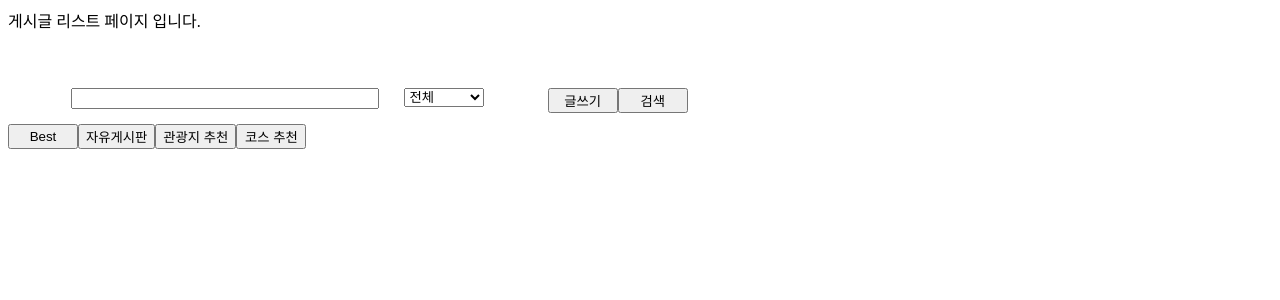
Repository: HJCroCat/project4
Page: http://localhost/koravle/boardMain.jsp
The author's editor kept a copy of each file at every save. The page is drawn from the files as they stood at one save, then again after the next save.
The browser window is 1280 px wide. The pictures show the whole page.
The page is served by Tomcat 9. Nobody is signed in. The application's start-up code is not run. Other server files are loaded and not shown.

Above is the page before, as saved 2021-12-10 09:36:50.

### koravle/koravle/src/main/webapp/boardMain.jsp
<%@ page language="java" contentType="text/html; charset=UTF-8"
    pageEncoding="UTF-8"%>
<!DOCTYPE html>
<html>
<head>
<meta charset="UTF-8">
<title>Insert title here</title>

<link href="resources/style/stylecss.css" rel="stylesheet">
<script type="text/javascript" src="resources/js/jquery-1.7.1.js"></script>

</head>
<body>
	<div class="boardHeader">
		게시글 리스트 페이지 입니다.
	</div>
		<div>
			<input type="text" name="searchWord" id="searchWord">
			<select name="selectSearch" id="selectSearch">
				<option value="1" selected>전체</option>
				<option value="boardName">글제목</option>
				<option value="regionName">관광지</option>
				<option value="boardWriter">작성자</option>
			</select>
			<button href="boardWrite.do" class="btn" >글쓰기</button>
			<button href="boardList.do" class="btn" >검색</button>
		</div>
		<div>
			<br/>
			<br/>
			<button class="btn" href="boardList.do" name="boardBest">Best</button>
			<button class="btn" href="boardList.do" name="boardFree">자유게시판</button>
			<button class="btn" href="boardList.do" name="boardRegion">관광지 추천</button>
			<button class="btn" href="boardList.do" name="boardCourse">코스 추천</button>
		</div>





	<div class="footer">

	</div>

<script src="resources//js/jquery.min.js"></script>
<script src="resources/js/scripts.js"></script>

</body>
</html>

### koravle/koravle/src/main/webapp/resources/style/stylecss.css
.boardHeader{
	height:80px;
}

.btn{
	float: left;
	max-width:100px;
	min-width:70px;
	height: 25px;
}

#searchWord{
	float: left;
	width: 35%;
	margin-left:5%;
	margin-right:2%;
	max-width:300px;
}

#selectSearch{
	float: left;
	width: 10%;
	margin-right:5%;
	max-width:80px;
}

Loaded but not shown: koravle/koravle/src/main/webapp/resources/js/jquery-1.7.1.js (library); koravle/koravle/src/main/webapp/resources/js/jquery.min.js (library)

After the next save:
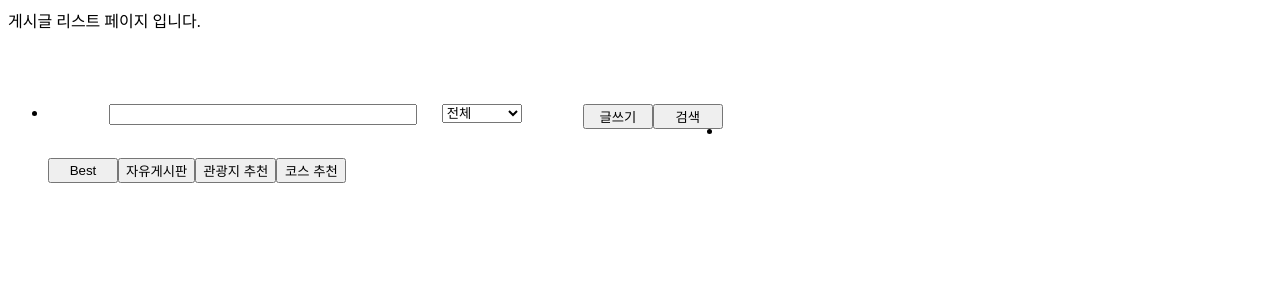
Saved 16 min 42 s later.
--- a/koravle/koravle/src/main/webapp/boardMain.jsp
+++ b/koravle/koravle/src/main/webapp/boardMain.jsp
@@ -14,25 +14,27 @@
 	<div class="boardHeader">
 		게시글 리스트 페이지 입니다.
 	</div>
-		<div>
-			<input type="text" name="searchWord" id="searchWord">
-			<select name="selectSearch" id="selectSearch">
-				<option value="1" selected>전체</option>
-				<option value="boardName">글제목</option>
-				<option value="regionName">관광지</option>
-				<option value="boardWriter">작성자</option>
-			</select>
-			<button href="boardWrite.do" class="btn" >글쓰기</button>
-			<button href="boardList.do" class="btn" >검색</button>
-		</div>
-		<div>
-			<br/>
-			<br/>
-			<button class="btn" href="boardList.do" name="boardBest">Best</button>
-			<button class="btn" href="boardList.do" name="boardFree">자유게시판</button>
-			<button class="btn" href="boardList.do" name="boardRegion">관광지 추천</button>
-			<button class="btn" href="boardList.do" name="boardCourse">코스 추천</button>
-		</div>
+		<ul>
+			<li>
+				<input type="text" name="searchWord" id="searchWord">
+				<select name="selectSearch" id="selectSearch">
+					<option value="1" selected>전체</option>
+					<option value="boardName">글제목</option>
+					<option value="regionName">관광지</option>
+					<option value="boardWriter">작성자</option>
+				</select>
+				<button href="boardWrite.do" class="btn" >글쓰기</button>
+				<button href="boardList.do" class="btn" >검색</button>
+			</li>
+			<li>
+				<br/>
+				<br/>
+				<button class="btn" href="boardList.do" name="boardBest">Best</button>
+				<button class="btn" href="boardList.do" name="boardFree">자유게시판</button>
+				<button class="btn" href="boardList.do" name="boardRegion">관광지 추천</button>
+				<button class="btn" href="boardList.do" name="boardCourse">코스 추천</button>
+			</li>
+		</ul>
 
 
 
